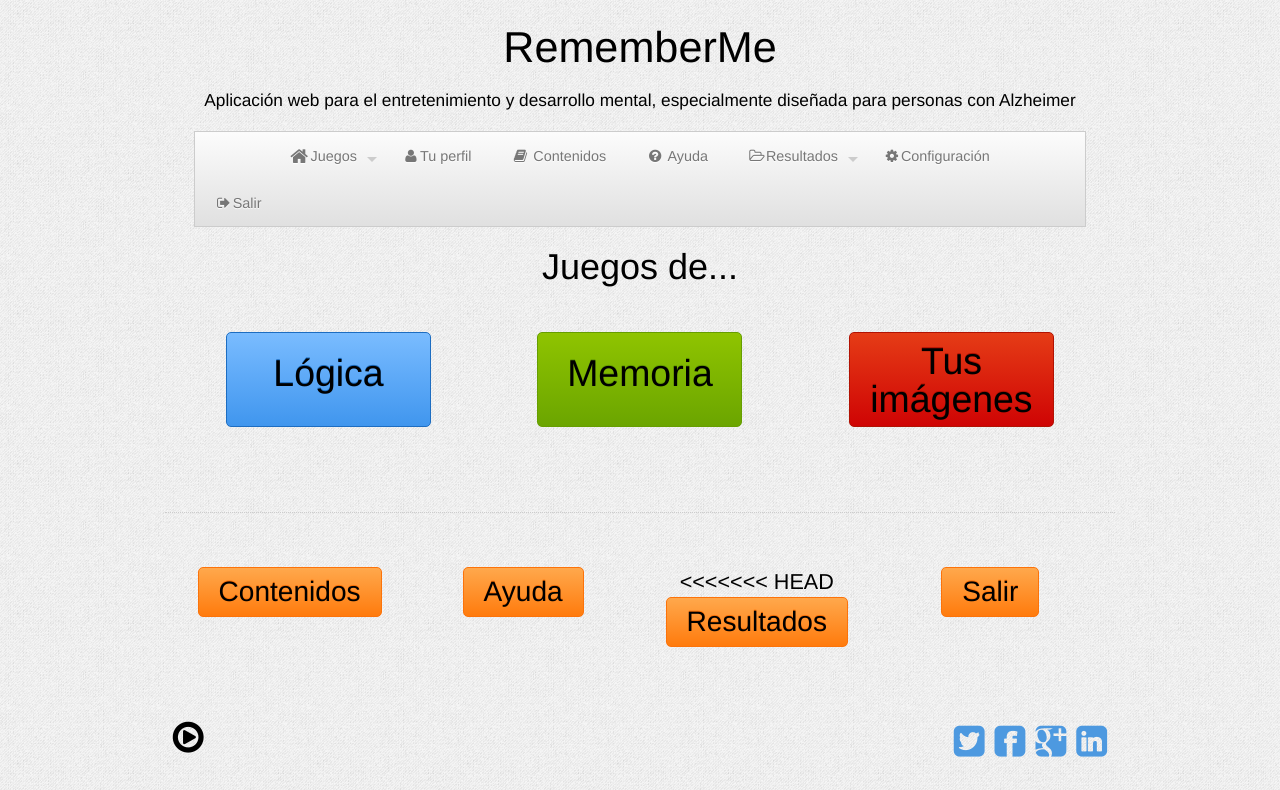
Repository: SCeruso/RememberMe
Page: juegosde.html
The author's editor kept a record of every edit. The page is drawn from the files as they stood at one moment, then again after the next edit.
The browser window is 1280 px wide. The pictures show the whole page.
Some web libraries are served in a nearby version.

Above is the page before.

After the next edit:
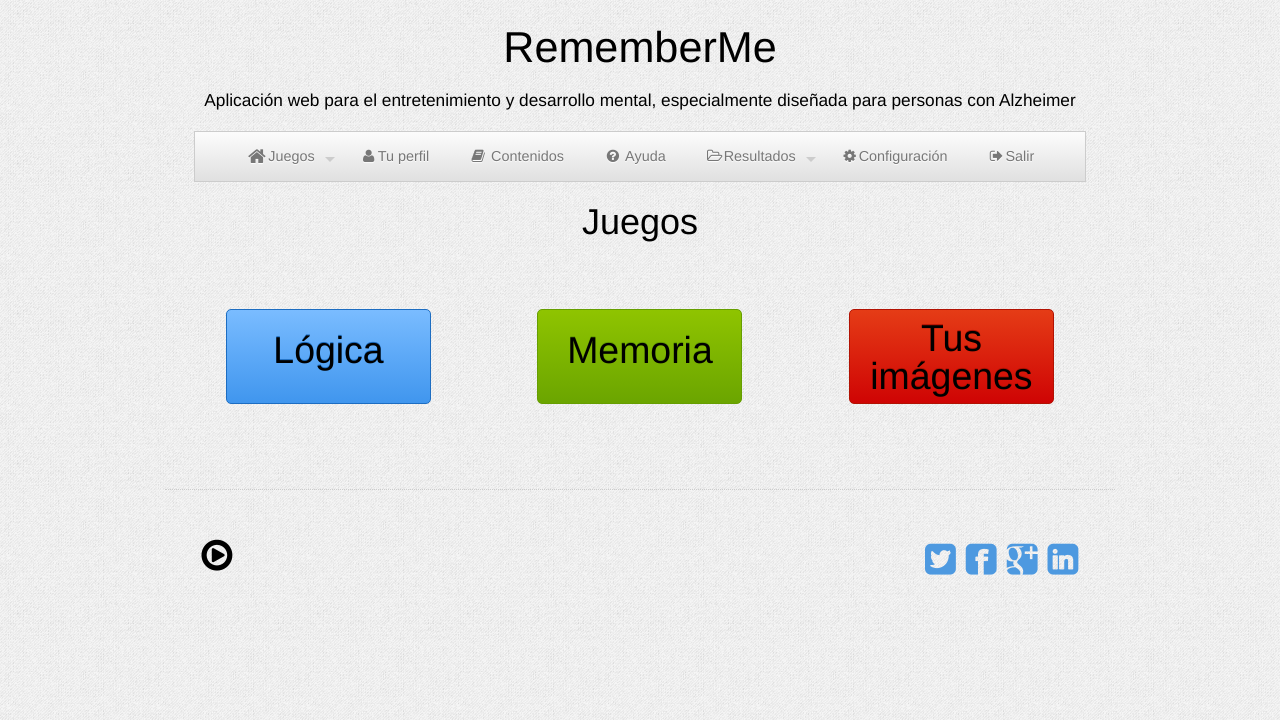
The edit:
--- a/juegosde.html
+++ b/juegosde.html
@@ -28,8 +28,8 @@
 
                <div class="col_12">
                <div class="grid">
-                    <div class="col_1"></div>
-                    <ul class="menu" color="red">
+
+                    <ul class="menu center" color="red">
                     <li><a href="juegosde.html"><i class="icon-home icon-large"></i>Juegos</a>
                         <ul>
                             <li><a href="puzzle.html">Lógica</a></li>
@@ -50,13 +50,14 @@
                     <li><a href="iniciarSesion.html"><i class="icon-cog"></i>Configuraci&oacute;n</a></li>
                     <li><a href="iniciarSesion.html"><i class="icon-signout"></i>Salir</a></li>
                     </ul>
-                </div>
+             </div>
 	<div class="col_12">
             <h3 class="center">
-        	        Juegos de...
+        	        Juegos
         	</h3>
 	</div>
 	<div class="col_12">
+	<br>
 	    <div class="col_4">
 	    	<h4 style="margin-bottom:40px;" class="center">
                		<a class="large button blue" href="puzzle.html" style='width: 205px; height: 95px; line-height: 60px;'><font color="black">Lógica</font></a>
@@ -74,32 +75,9 @@
         </div>
 	</div>
     <hr />
-    <div class="col_12">
-        <div class="col_3">
-            <h5 style="margin-bottom:40px;" class="center">
-                <a class="large button orange" href="contenido.html"><font color="black">Contenidos</font></a>
-            </h5>
-        </div>
-        <div class="col_3">
-            <h5 style="margin-bottom:40px;" class="center">
-                <a class="large button orange" href="ayuda.html"><font color="black">Ayuda</font></a>
-            </h5>
-        </div>
-        <div class="col_3">
-            <h5 style="margin-bottom:40px;" class="center">
-<<<<<<< HEAD
-                <a class="large button orange" href="resultados.html"><font color="black">Resultados</font></a>
-
-            </h5>
-        </div>
-        <div class="col_3">
-            <h5 style="margin-bottom:40px;" class="center">
-                <a class="large button orange" href="bienvenido.html"><font color="black">Salir</font></a>
-            </h5>
-        </div>
-    </div>
 
     <div class="col_12">
+      <div class="grid">
         <h3 class="right">
             <a href = "http://www.twitter.com" target = "blank">
                 <i class="icon-twitter-sign" title= "Twitter"></i></a>
@@ -112,6 +90,7 @@
             <i class=" icon-play-circle pull-left"></i>
 
         </h3>
+        </div>
     </div>
 </div> <!-- End Grid -->
 </body>
